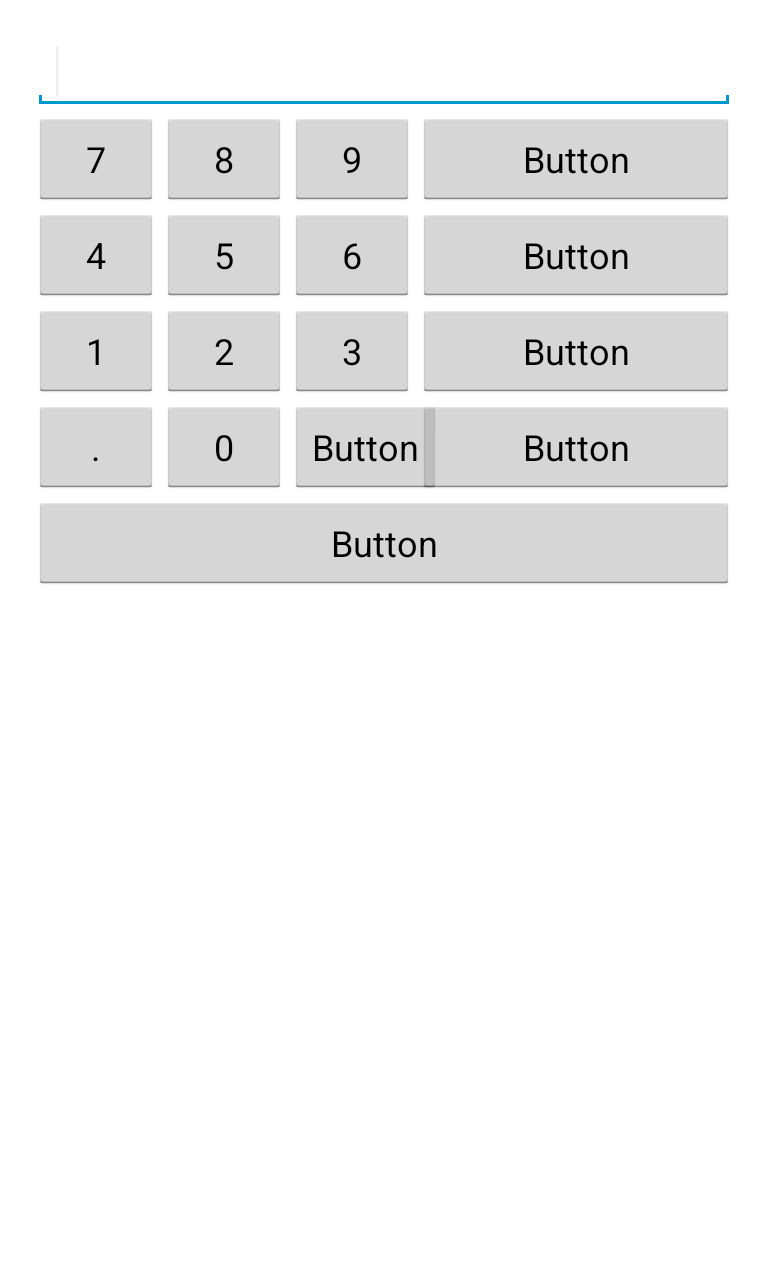
Repository: HGtz2222/LearningAndroid
Layout: test1/Calc/res/layout/activity_main.xml
The author's editor kept a copy of each file at every save. The layout is drawn from the files as they stood at one save, then again after the next save.
It is drawn on a 768 x 1280 px phone screen (xhdpi) without system bars, with theme AppTheme; the app's code is not run.

Above is the layout before, as saved 2014-09-15 02:55:27.

### test1/Calc/res/layout/activity_main.xml
<LinearLayout xmlns:android="http://schemas.android.com/apk/res/android"
    xmlns:tools="http://schemas.android.com/tools"
    android:id="@+id/LinearLayout1"
    android:layout_width="match_parent"
    android:layout_height="match_parent"
    android:orientation="vertical"
    android:paddingBottom="@dimen/activity_vertical_margin"
    android:paddingLeft="@dimen/activity_horizontal_margin"
    android:paddingRight="@dimen/activity_horizontal_margin"
    android:paddingTop="@dimen/activity_vertical_margin"
    tools:context=".MainActivity" >

    <EditText
        android:id="@+id/screen"
        android:layout_width="match_parent"
        android:layout_height="wrap_content"
        android:ems="10" >
        <requestFocus />
    </EditText>

    <RelativeLayout
        android:layout_width="match_parent"
        android:layout_height="match_parent" >

        <Button
            android:id="@+id/button1"
            android:layout_width="wrap_content"
            android:layout_height="wrap_content"
            android:layout_alignParentLeft="true"
            android:layout_alignParentTop="true"
            android:text="@string/num7" />

        <Button
            android:id="@+id/button2"
            android:layout_width="wrap_content"
            android:layout_height="wrap_content"
            android:layout_alignParentTop="true"
            android:layout_toRightOf="@+id/button1"
            android:text="@string/num8" />

        <Button
            android:id="@+id/button3"
            android:layout_width="wrap_content"
            android:layout_height="wrap_content"
            android:layout_alignParentTop="true"
            android:layout_toRightOf="@+id/button2"
            android:text="@string/num9" />

        <Button
            android:id="@+id/button4"
            android:layout_width="wrap_content"
            android:layout_height="wrap_content"
            android:layout_alignParentLeft="true"
            android:layout_below="@+id/button1"
            android:text="@string/num4" />

        <Button
            android:id="@+id/button5"
            android:layout_width="wrap_content"
            android:layout_height="wrap_content"
            android:layout_alignBaseline="@+id/button4"
            android:layout_alignBottom="@+id/button4"
            android:layout_alignLeft="@+id/button2"
            android:text="@string/num5" />

        <Button
            android:id="@+id/button6"
            android:layout_width="wrap_content"
            android:layout_height="wrap_content"
            android:layout_alignBaseline="@+id/button5"
            android:layout_alignBottom="@+id/button5"
            android:layout_alignLeft="@+id/button3"
            android:text="@string/num6" />

        <Button
            android:id="@+id/button7"
            android:layout_width="wrap_content"
            android:layout_height="wrap_content"
            android:layout_alignParentLeft="true"
            android:layout_below="@+id/button4"
            android:text="@string/num1" />

        <Button
            android:id="@+id/button8"
            android:layout_width="wrap_content"
            android:layout_height="wrap_content"
            android:layout_alignBaseline="@+id/button7"
            android:layout_alignBottom="@+id/button7"
            android:layout_alignLeft="@+id/button5"
            android:text="@string/num2" />

        <Button
            android:id="@+id/button9"
            android:layout_width="wrap_content"
            android:layout_height="wrap_content"
            android:layout_alignBaseline="@+id/button8"
            android:layout_alignBottom="@+id/button8"
            android:layout_alignLeft="@+id/button6"
            android:text="@string/num3" />

        <Button
            android:id="@+id/button10"
            android:layout_width="wrap_content"
            android:layout_height="wrap_content"
            android:layout_alignParentLeft="true"
            android:layout_below="@+id/button7"
            android:text="@string/point" />

        <Button
            android:id="@+id/button11"
            android:layout_width="wrap_content"
            android:layout_height="wrap_content"
            android:layout_alignBaseline="@+id/button10"
            android:layout_alignBottom="@+id/button10"
            android:layout_toRightOf="@+id/button10"
            android:text="@string/num0" />

        <Button
            android:id="@+id/button12"
            android:layout_width="wrap_content"
            android:layout_height="wrap_content"
            android:layout_alignLeft="@+id/button9"
            android:layout_below="@+id/button9"
            android:text="Button" />

        <Button
            android:id="@+id/button13"
            android:layout_width="wrap_content"
            android:layout_height="wrap_content"
            android:layout_alignParentLeft="true"
            android:layout_alignParentRight="true"
            android:layout_below="@+id/button10"
            android:text="Button" />

        <Button
            android:id="@+id/button14"
            android:layout_width="wrap_content"
            android:layout_height="wrap_content"
            android:layout_alignBottom="@+id/button3"
            android:layout_alignParentRight="true"
            android:layout_alignParentTop="true"
            android:layout_toRightOf="@+id/button3"
            android:text="Button" />

        <Button
            android:id="@+id/Button01"
            android:layout_width="wrap_content"
            android:layout_height="wrap_content"
            android:layout_above="@+id/button9"
            android:layout_alignLeft="@+id/button14"
            android:layout_alignParentRight="true"
            android:layout_alignTop="@+id/button6"
            android:text="Button" />

        <Button
            android:id="@+id/button15"
            android:layout_width="wrap_content"
            android:layout_height="wrap_content"
            android:layout_alignBottom="@+id/button9"
            android:layout_alignLeft="@+id/Button01"
            android:layout_alignParentRight="true"
            android:layout_below="@+id/button6"
            android:text="Button" />

        <Button
            android:id="@+id/button16"
            android:layout_width="wrap_content"
            android:layout_height="wrap_content"
            android:layout_alignBottom="@+id/button12"
            android:layout_alignLeft="@+id/button15"
            android:layout_alignParentRight="true"
            android:layout_below="@+id/button9"
            android:text="Button" />

    </RelativeLayout>

</LinearLayout>

### test1/Calc/res/values/strings.xml
<?xml version="1.0" encoding="utf-8"?>
<resources>

    <string name="app_name">Calc</string>
    <string name="action_settings">Settings</string>
    <string name="hello_world">Hello world!</string>
    <string name="num0">0</string>
    <string name="num1">1</string>
    <string name="num2">2</string>
    <string name="num3">3</string>
    <string name="num4">4</string>
    <string name="num5">5</string>
    <string name="num6">6</string>
    <string name="num7">7</string>
    <string name="num8">8</string>
    <string name="num9">9</string>
    <string name="point">.</string>
    <string name="plus">+</string>
    <string name="minus">-</string>
    <string name="mutli">*</string>
    <string name="divide">/</string>
    <string name="equal">=</string>
    <string name="clear">C</string>

</resources>

Loaded but not shown: test1/Calc/res/values/styles.xml (common file); test1/Calc/res/values-v11/styles.xml (common file); test1/Calc/res/values-v14/styles.xml (common file); test1/Calc/res/values/dimens.xml (common file)

After the next save:
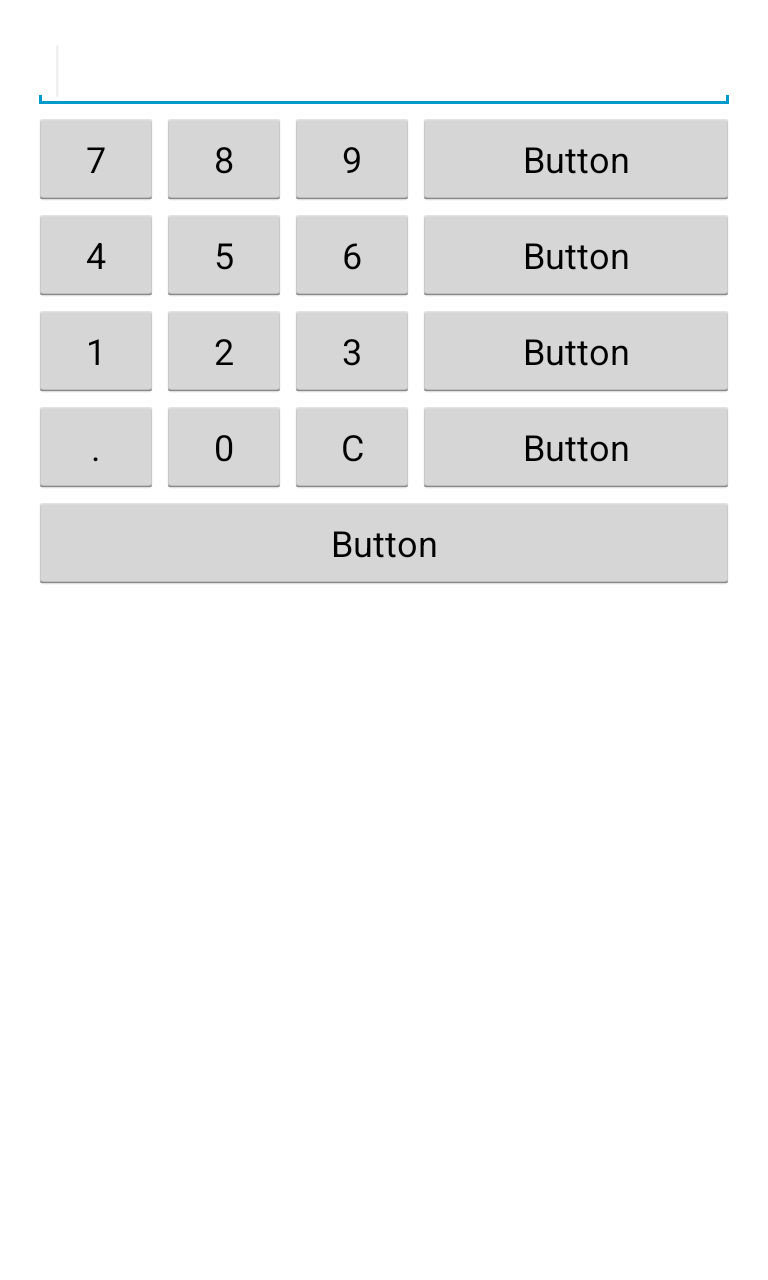
Saved 19 s later.
--- a/test1/Calc/res/layout/activity_main.xml
+++ b/test1/Calc/res/layout/activity_main.xml
@@ -121,7 +121,7 @@
             android:layout_height="wrap_content"
             android:layout_alignLeft="@+id/button9"
             android:layout_below="@+id/button9"
-            android:text="Button" />
+            android:text="@string/clear" />
 
         <Button
             android:id="@+id/button13"
